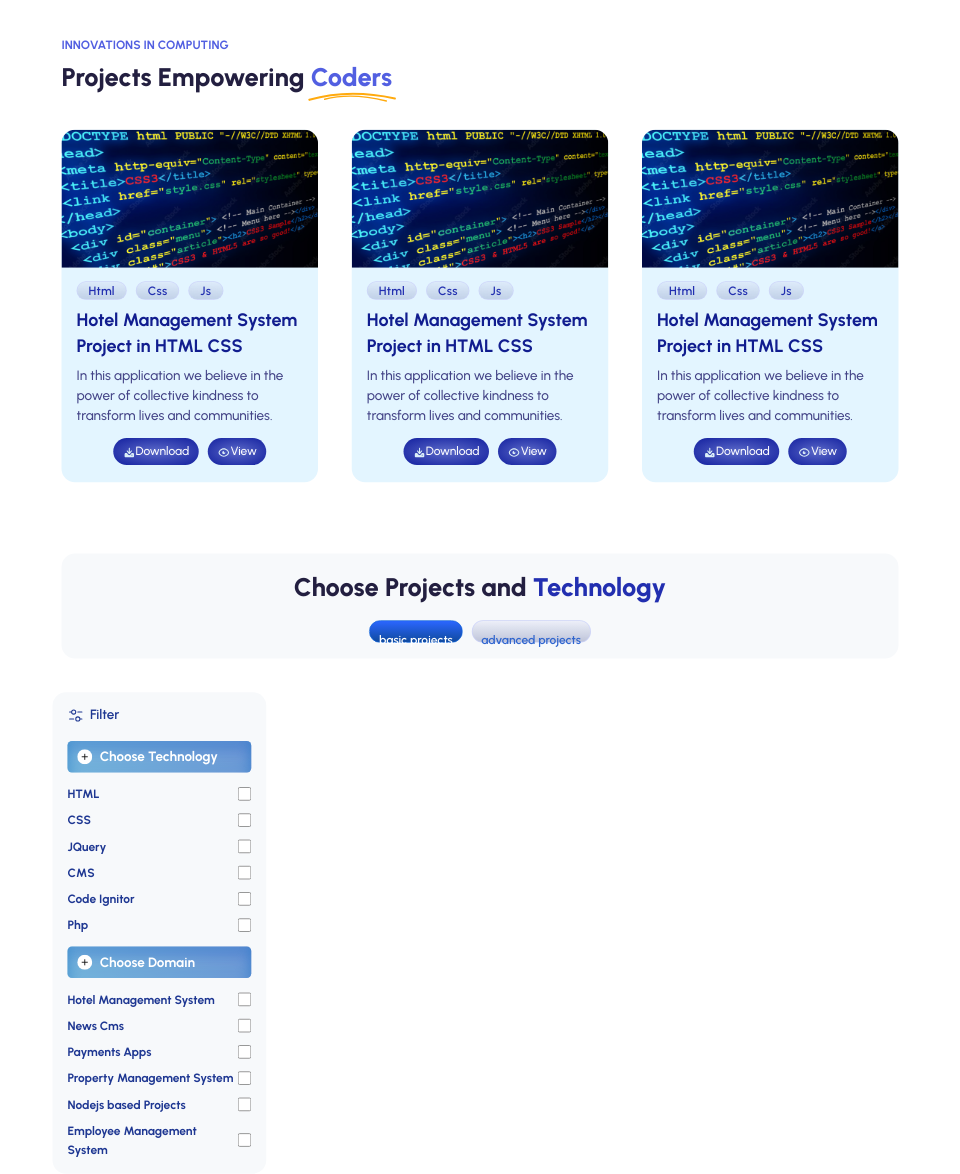
Repository: sharma171/jtccreativeideas
Page: /newsection (app in nextjssite/)
An editor plug-in stored every save of this project. The page is shown before and after the next save, followed by the edit.
The browser window is 1280 px wide. The pictures show the whole page, at 75% of full size.
The project was rebuilt for these pictures with package versions that can differ from the ones it lists, and the page was loaded fresh each time. The framework's server and built-in components were replaced by stand-ins that run in the browser. Also part of the build but not shown: nextjssite/next.config.mjs.

Above is the page before, as saved 2024-03-30 18:04:45.

After the next save:
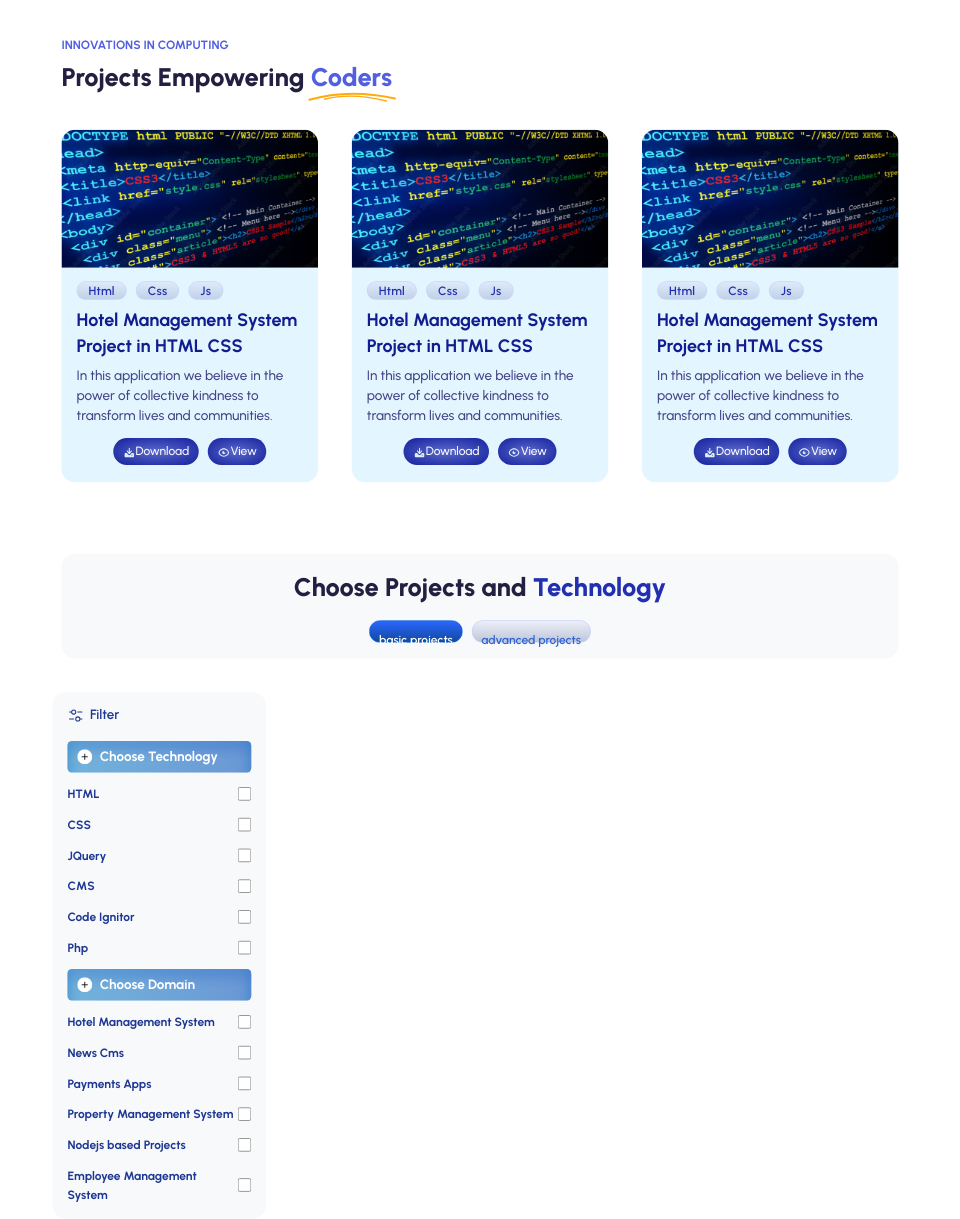
Saved 58 s later.
--- a/nextjssite/src/app/newsection/page.css
+++ b/nextjssite/src/app/newsection/page.css
@@ -351,7 +351,7 @@ section.projects {
 .ecom-filter .filter-techlist {
     display: flex;
     flex-direction: column;
-    gap: 10px;
+    gap: 16px;
     list-style: none;
     margin: 0;
     padding: 0;
